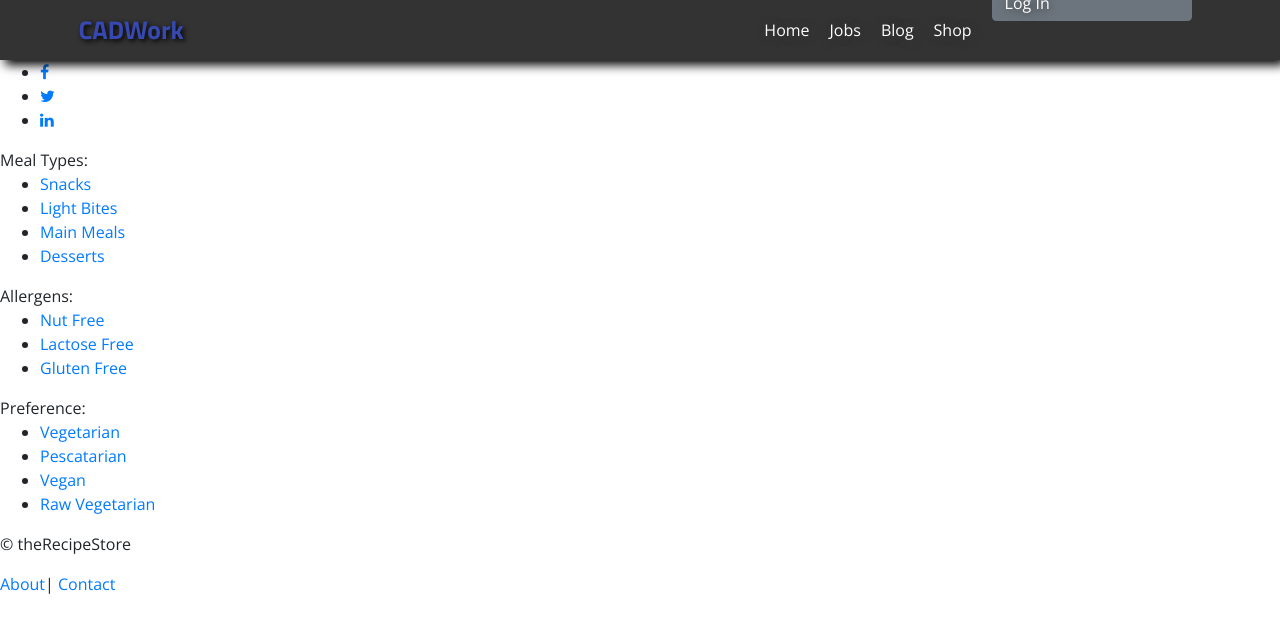
Repository: JShad30/cadwork
Page: templates/base.html
The author's editor kept a record of every edit. The page is drawn from the files as they stood at one moment, then again after the next edit.
The browser window is 1280 px wide. The pictures show the whole page.
The template is drawn by Django 2.2. The application's start-up code is not run. The template is opened directly, without the code that normally fills it, so the values that code supplies are empty.

Above is the page before.

After the next edit:
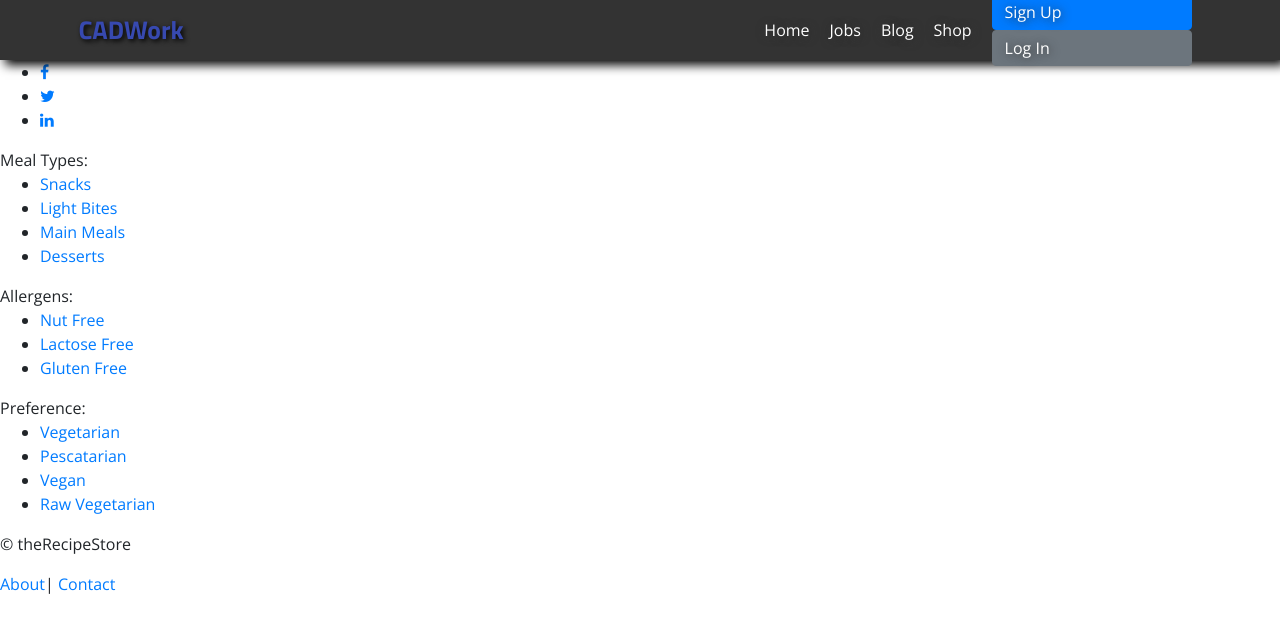
The edit:
--- a/templates/base.html
+++ b/templates/base.html
@@ -65,8 +65,9 @@
 
 	            {% else %}
 	            <div class="navbar-link-buttons">
-	            <a class="btn btn-primary" href="#" role="button">Sign Up</a>
-	            <a class="btn btn-secondary" href="#" role="button">Log In</a>
+		            <a class="btn btn-primary" href="#" role="button">Sign Up</a>
+		            <a class="btn btn-secondary" href="#" role="button">Log In</a>
+	            </div>
 	            {% endif %}
 
 	            <!--The following lines will only appear in mobile views-->
